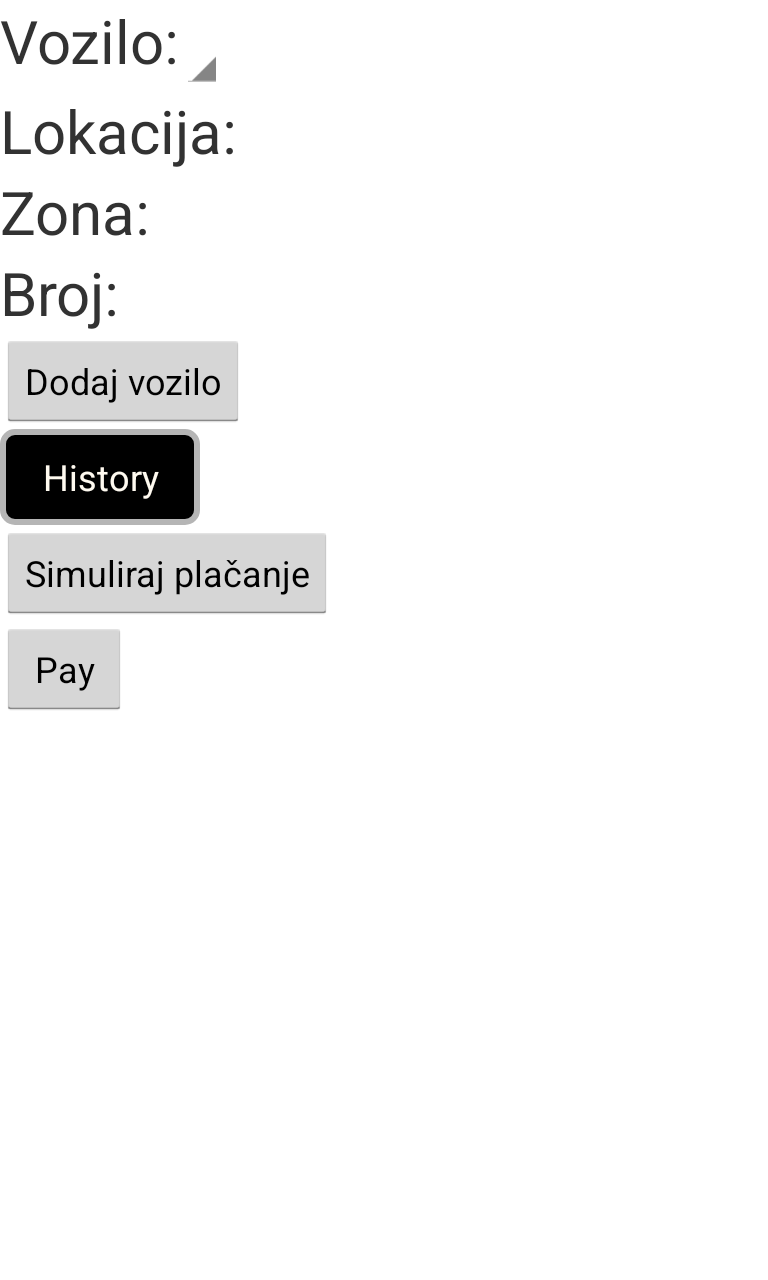
Repository: Kondorcom/GPS_parking
Layout: GPSParking/res/layout/activity_main.xml
An editor plug-in stored every save of this project. The layout is shown before and after the next save, followed by the edit.
It is drawn on a 768 x 1280 px phone screen (xhdpi) without system bars, with theme AppTheme; the app's code is not run. The app's manifest (not shown) leaves right-to-left support off. So textAlignment, textDirection and layoutDirection are ignored, and left and right values win over start and end ones.

Above is the layout before, as saved 2016-05-16 10:59:14.

After the next save:
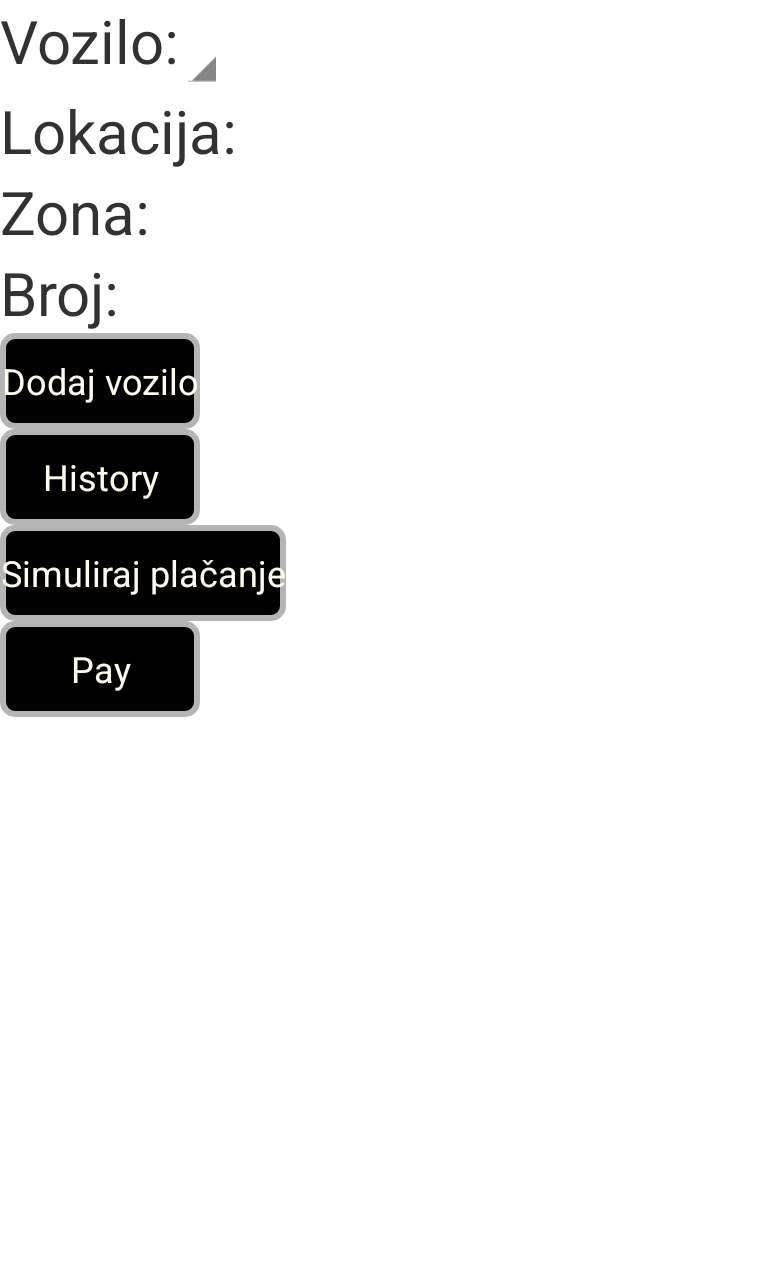
Saved 47 s later.
--- a/GPSParking/res/layout/activity_main.xml
+++ b/GPSParking/res/layout/activity_main.xml
@@ -102,6 +102,8 @@
             android:layout_height="wrap_content"
             android:text="@string/addVozilo2"
             android:onClick="gotoDodaj"
+            android:textColor="#fffaf0"
+             android:background="@drawable/btn_shape"
              />
 
     </LinearLayout>
@@ -126,7 +128,8 @@
         android:id="@+id/button4"
         android:layout_width="wrap_content"
         android:layout_height="wrap_content"
-
+        android:textColor="#fffaf0"
+             android:background="@drawable/btn_shape"
 
         android:text="@string/update" />
 
@@ -139,7 +142,9 @@
             android:id="@+id/button3"
             android:layout_width="wrap_content"
             android:layout_height="wrap_content"
-            android:text="@string/pay" />
+            android:text="@string/pay"
+            android:textColor="#fffaf0"
+             android:background="@drawable/btn_shape" />
 
     </LinearLayout>
 
